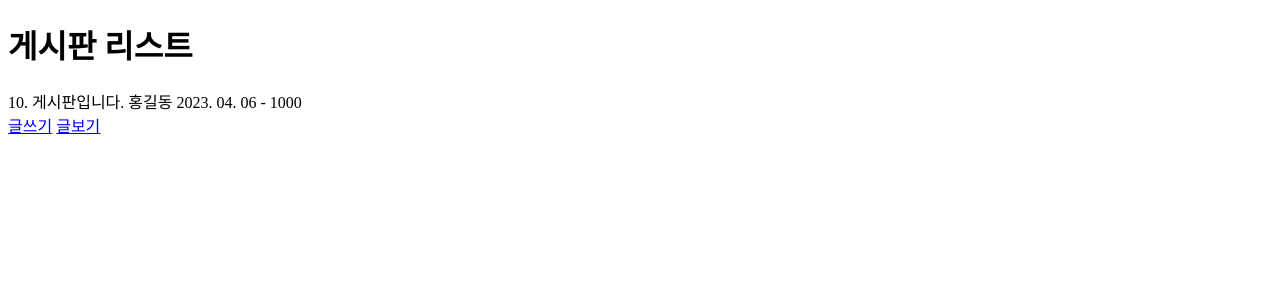
Repository: nsj2204/spring2
Page: http://localhost/ex01/board/list.do
The author's editor kept a copy of each file at every save. The page is drawn from the files as they stood at one save, then again after the next save.
The browser window is 1280 px wide. The pictures show the whole page.
The page is served by Tomcat 9.

Above is the page before, as saved 2023-04-06 01:08:11.

After the next save:
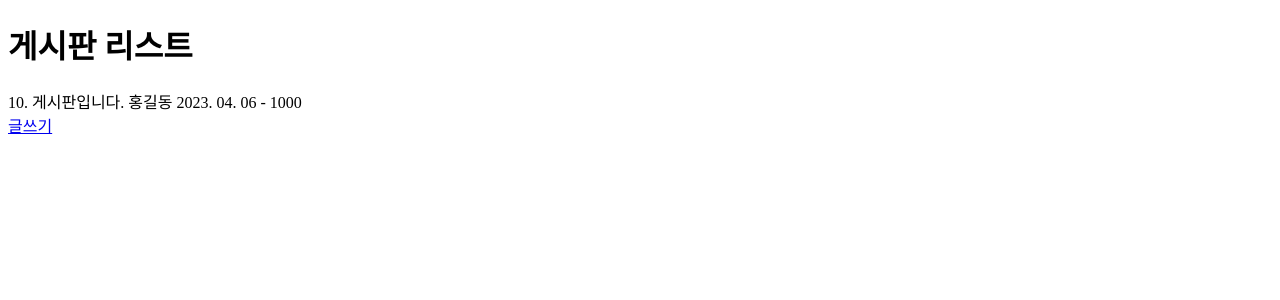
Saved 5 s later.
--- a/ex01/src/main/webapp/WEB-INF/views/board/list.jsp
+++ b/ex01/src/main/webapp/WEB-INF/views/board/list.jsp
@@ -10,6 +10,5 @@
 <h1>게시판 리스트</h1>
 <div onclick='location="view.do"'>10. 게시판입니다. 홍길동 2023. 04. 06 - 1000</div>
 <a href="write.do">글쓰기</a>
-<a href="view.do">글보기</a>
 </body>
 </html>
